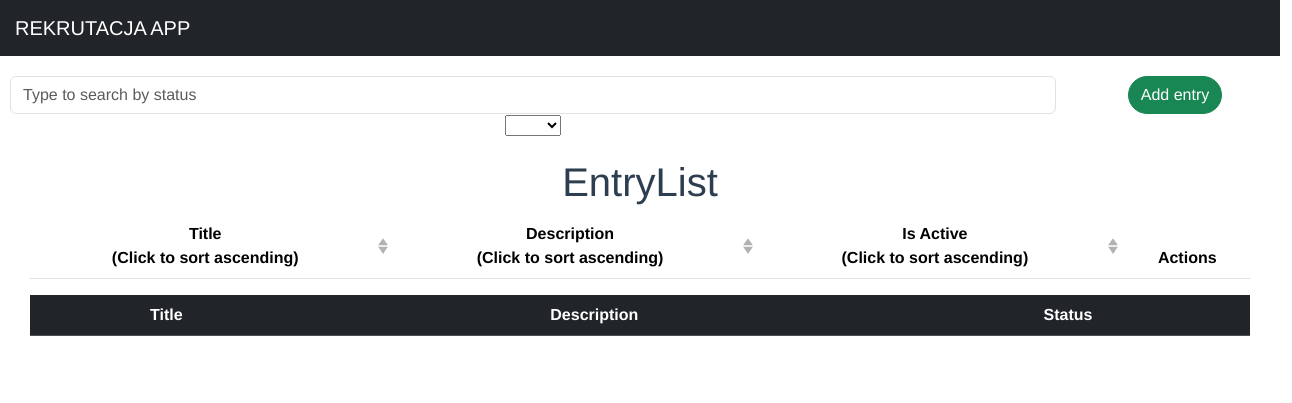
Repository: Madaless/vue_elastic
Page: / (app in vuejsapp/crudapp/)
The author's editor kept a copy of each file at every save. The page is drawn from the files as they stood at one save, then again after the next save.
The browser window is 1280 px wide. The page is 1292 px wide, so the pictures cover 1292 px, including what lies to the right of the window. The pictures show the whole page.
The page's requests for data from a server got no answer. The project was rebuilt for these pictures with package versions that can differ from the ones it lists, and the page was loaded fresh each time. No one was signed in, and anything a server would have sent is missing.

Above is the page before, as saved 2021-09-12 17:10:40.

### vuejsapp/crudapp/src/main.js
import Vue from 'vue'
import App from './App.vue'
import store from  './store/index'
import { BootstrapVue, IconsPlugin } from 'bootstrap-vue'

// Import Bootstrap an BootstrapVue CSS files (order is important)
import 'bootstrap/dist/css/bootstrap.css'
import 'bootstrap-vue/dist/bootstrap-vue.css'

// Make BootstrapVue available throughout your project
Vue.use(BootstrapVue)
// Optionally install the BootstrapVue icon components plugin
Vue.use(IconsPlugin)

Vue.config.productionTip = false

new Vue({
  store,
  render: h => h(App),
}).$mount('#app')

### vuejsapp/crudapp/src/App.vue
<template>
  <div id="app">
    <b-navbar class="navbar navbar-expand navbar-dark bg-dark">
      <b-navbar-brand id="header" href="#">REKRUTACJA APP</b-navbar-brand>
    </b-navbar>

    <b-row id = "filterEntry">
      <b-col sm="10"><FilterEntry /></b-col>
      <b-col sm="2"><AddEntry /></b-col>
    </b-row>

    <EntryList />
  </div>
</template>

<script>
import AddEntry from "./components/AddEntry.vue";
import FilterEntry from "./components/FilterEntry.vue";
import EntryList from "./components/EntryList.vue";

export default {
  name: "App",
  components: {
    AddEntry,
    FilterEntry,
    EntryList,
  },
};
</script>

<style>
#app {
  font-family: Avenir, Helvetica, Arial, sans-serif;
  -webkit-font-smoothing: antialiased;
  -moz-osx-font-smoothing: grayscale;
  text-align: center;
  color: #2c3e50;
}
#header {
  padding-left: 15px;
}

#filterEntry {
    padding-top: 20px;
    padding-bottom: 20px;
    padding-left: 10px;
    padding-right: 10px;
}
</style>

### vuejsapp/crudapp/src/store/index.js
import Vuex from 'vuex';
import Vue from 'vue';
import entryList from './modules/entryList';

Vue.use(Vuex);

export default new Vuex.Store({
    modules: {
        entryList
    }
})

### vuejsapp/crudapp/src/components/AddEntry.vue
<template>
  <div>
    <b-button pill block variant="success">Add entry</b-button>
  </div>
</template>

<script>
export default {
  setup() {},
};
</script>

<style scoped>
</style>

### vuejsapp/crudapp/src/components/FilterEntry.vue
<template>
  <div>
    <b-form-input
      id="filter-input"
      v-model="filter"
      type="search"
      placeholder="Type to search by status"
    ></b-form-input>

    <b-form-select
      id="initial-sort-select"
      v-model="sortDirection"
      :options="['asc', 'desc', 'last']"
      size="sm"
    ></b-form-select>
  </div>
</template>

<script>
export default {
  setup() {},
};
</script>

<style scoped>
</style>

### vuejsapp/crudapp/src/components/EntryList.vue
<template>
  <div id="entryList">
    <h1>EntryList</h1>

    <div class="todos">
      <b-table :items="entryList" :fields="fields">
        <template #cell(name)="row">
          {{ row.value.first }} {{ row.value.last }}
        </template>

        <template #cell(actions)="row">
          <b-button
            pill
            size="sm"
            @click="info(row.item, row.index, $event.target)"
            class="mr-1"
          >
            Info modal
          </b-button>
          <b-button size="sm" pill @click="row.toggleDetails">
            {{ row.detailsShowing ? "Hide" : "Show" }} Details
          </b-button>
          <b-button size="sm" pill block variant="danger"
            >Delete entry</b-button
          >
        </template>

        <template #row-details="row">
          <b-card>
            <ul>
              <li v-for="(value, key) in row.item" :key="key">
                {{ key }}: {{ value }}
              </li>
            </ul>
          </b-card>
        </template>
      </b-table>
      <table class="table table-striped table-dark">
        <thead>
          <tr>
            <th>Title</th>
            <th>Description</th>
            <th>Status</th>
          </tr>
        </thead>
        <tbody>
          <tr v-for="entry in entryList" v-bind:key="entry.key">
            <td>{{ entry.title }}</td>
          </tr>
        </tbody>
      </table>
    </div>
  </div>
</template>

<script>
import { mapGetters, mapActions } from "vuex";

export default {
  name: "EntryList",
  methods: {
    ...mapActions(["fetchEntryList"]),
  },
  computed: mapGetters(["entryList"]),
  created() {
    this.fetchEntryList();
  },
  data() {
    return {
      items: [
        {
          isActive: true,
          age: 40,
          name: { first: "Dickerson", last: "Macdonald" },
        },
        { isActive: false, age: 21, name: { first: "Larsen", last: "Shaw" } },
        {
          isActive: false,
          age: 9,
          name: { first: "Mini", last: "Navarro" },
          _rowVariant: "success",
        },
        { isActive: false, age: 89, name: { first: "Geneva", last: "Wilson" } },
        { isActive: true, age: 38, name: { first: "Jami", last: "Carney" } },
        { isActive: false, age: 27, name: { first: "Essie", last: "Dunlap" } },
        { isActive: true, age: 40, name: { first: "Thor", last: "Macdonald" } },
        {
          isActive: true,
          age: 87,
          name: { first: "Larsen", last: "Shaw" },
          _cellVariants: { age: "danger", isActive: "warning" },
        },
        { isActive: false, age: 26, name: { first: "Mitzi", last: "Navarro" } },
        {
          isActive: false,
          age: 22,
          name: { first: "Genevieve", last: "Wilson" },
        },
        { isActive: true, age: 38, name: { first: "John", last: "Carney" } },
        { isActive: false, age: 29, name: { first: "Dick", last: "Dunlap" } },
      ],
      fields: [
        {
          key: "title",
          label: "Title",
          sortable: true,
          sortDirection: "desc",
        },
        {
          key: "description",
          label: "Description",
          sortable: true,
          class: "text-center",
        },
        {
          key: "isActive",
          label: "Is Active",
          formatter: (value) => {
            return value ? "Yes" : "No";
          },
          sortable: true,
          sortByFormatted: true,
          filterByFormatted: true,
        },
        { key: "actions", label: "Actions" },
      ],
    };
  },
};
</script>

<style scoped>
#entryList {
  padding-left: 30px;
  padding-right: 30px;
}
</style>

### vuejsapp/crudapp/src/store/modules/entryList.js
import axios from 'axios';

const state = {
  entryList: []
};
// get the state
const getters = {
  entryList: (state) => {
    return state.entryList
  }
};

const actions = {
    // fetch from api
  async fetchEntryList({ commit }) {
    const response = await axios.get('https://jsonplaceholder.typicode.com/todos');

    commit('setEntryList', response.data);
  }
}

const mutations = {
    setEntryList: (state, entryList) => (state.entryList = entryList)
};

export default {
    state,
    getters,
    actions,
    mutations
};

Loaded but not shown: vuejsapp/crudapp/public/index.html (common file)

After the next save:
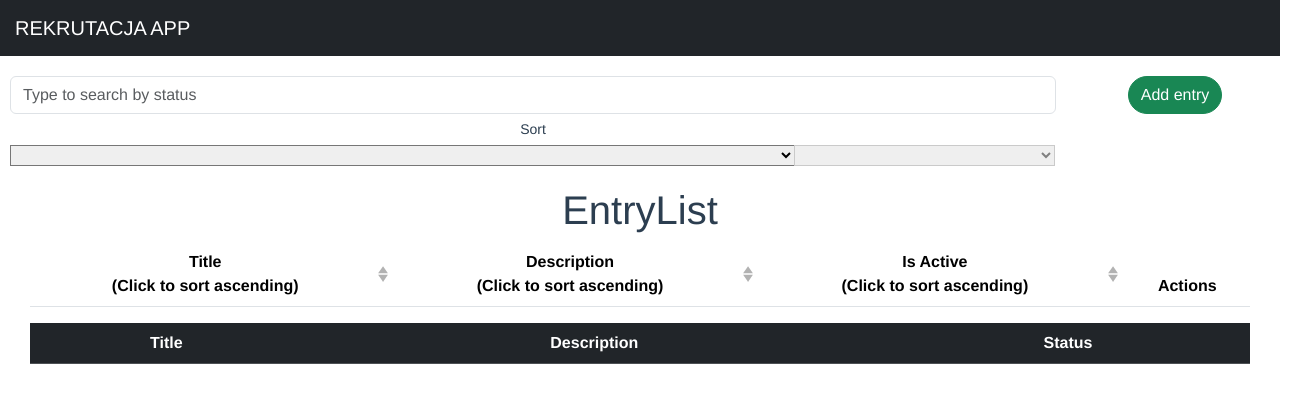
Saved 94 s later.
--- a/vuejsapp/crudapp/src/components/FilterEntry.vue
+++ b/vuejsapp/crudapp/src/components/FilterEntry.vue
@@ -7,12 +7,40 @@
       placeholder="Type to search by status"
     ></b-form-input>
 
-    <b-form-select
-      id="initial-sort-select"
-      v-model="sortDirection"
-      :options="['asc', 'desc', 'last']"
-      size="sm"
-    ></b-form-select>
+     <b-form-group
+          label="Sort"
+          label-for="sort-by-select"
+          label-cols-sm="3"
+          label-align-sm="right"
+          label-size="sm"
+          class="mb-0"
+          v-slot="{ ariaDescribedby }"
+        >
+          <b-input-group size="sm">
+            <b-form-select
+              id="sort-by-select"
+              v-model="sortBy"
+              :options="sortOptions"
+              :aria-describedby="ariaDescribedby"
+              class="w-75"
+            >
+              <template #first>
+                <option value="">-- none --</option>
+              </template>
+            </b-form-select>
+
+            <b-form-select
+              v-model="sortDesc"
+              :disabled="!sortBy"
+              :aria-describedby="ariaDescribedby"
+              size="sm"
+              class="w-25"
+            >
+              <option :value="false">Asc</option>
+              <option :value="true">Desc</option>
+            </b-form-select>
+          </b-input-group>
+        </b-form-group>
   </div>
 </template>
 

After the save that followed:
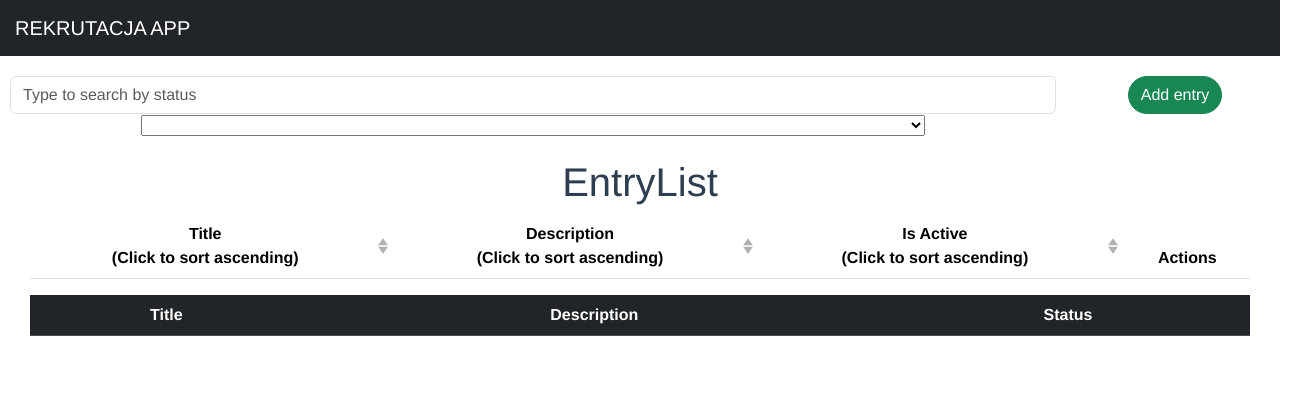
Saved 63 s later.
--- a/vuejsapp/crudapp/src/components/FilterEntry.vue
+++ b/vuejsapp/crudapp/src/components/FilterEntry.vue
@@ -7,40 +7,17 @@
       placeholder="Type to search by status"
     ></b-form-input>
 
-     <b-form-group
-          label="Sort"
-          label-for="sort-by-select"
-          label-cols-sm="3"
-          label-align-sm="right"
-          label-size="sm"
-          class="mb-0"
-          v-slot="{ ariaDescribedby }"
-        >
-          <b-input-group size="sm">
-            <b-form-select
-              id="sort-by-select"
-              v-model="sortBy"
-              :options="sortOptions"
-              :aria-describedby="ariaDescribedby"
-              class="w-75"
-            >
-              <template #first>
-                <option value="">-- none --</option>
-              </template>
-            </b-form-select>
-
-            <b-form-select
-              v-model="sortDesc"
-              :disabled="!sortBy"
-              :aria-describedby="ariaDescribedby"
-              size="sm"
-              class="w-25"
-            >
-              <option :value="false">Asc</option>
-              <option :value="true">Desc</option>
-            </b-form-select>
-          </b-input-group>
-        </b-form-group>
+    <b-form-select
+      id="sort-by-select"
+      v-model="sortBy"
+      :options="sortOptions"
+      :aria-describedby="ariaDescribedby"
+      class="w-75"
+    >
+      <template #first>
+        <option value="">-- none --</option>
+      </template>
+    </b-form-select>
   </div>
 </template>
 
